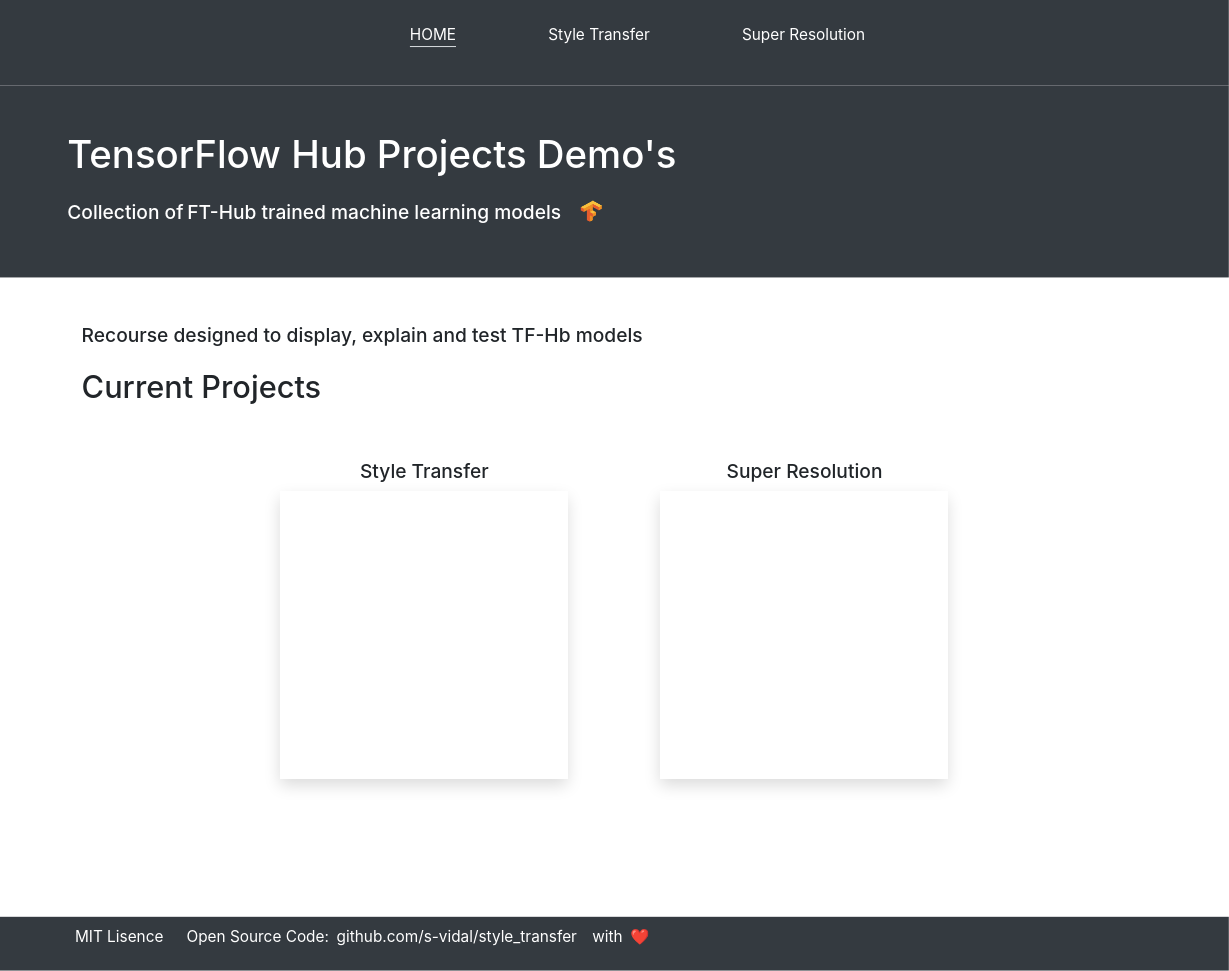
Repository: s-vidal/style_transfer
Page: / (app in client/)
An editor plug-in stored every save of this project. The page is shown before and after the next save, followed by the edit.
The browser window is 1280 px wide. The pictures show the whole page, at 96% of full size.
The page's requests for data from a server got no answer. The project was rebuilt for these pictures with package versions that can differ from the ones it lists, and the page was loaded fresh each time. A package was used in the major version that the imports need, not the one package.json lists. No one was signed in, and anything a server would have sent is missing. Also part of the build but not shown: client/src/components/DropZone.jsx, client/src/lib/api.js, client/src/components/Inference.jsx, client/src/components/Header.jsx, client/src/pages/StyleTransfer.jsx, client/src/pages/SuperResolution.jsx.

Above is the page before, as saved 2020-09-30 16:21:56.

After the next save:
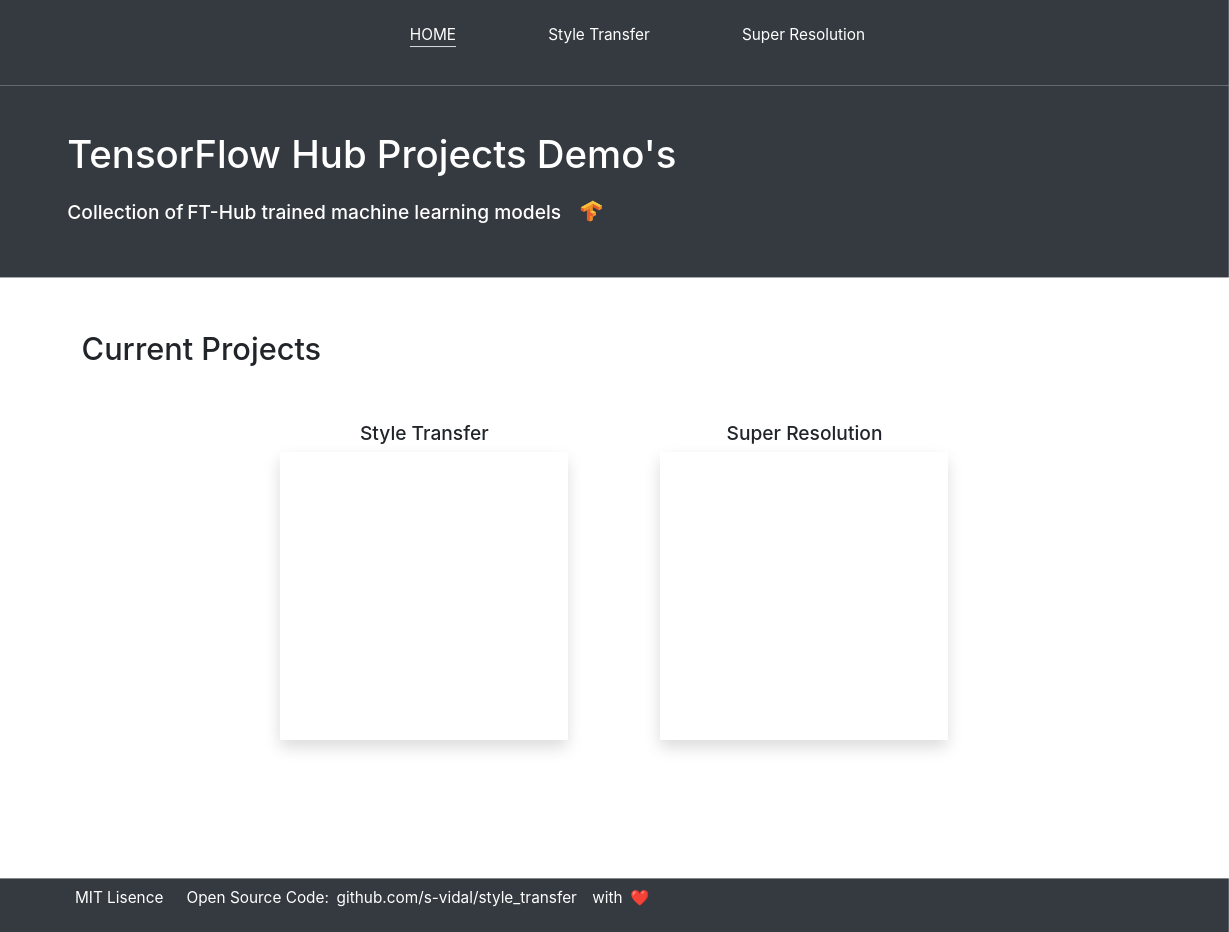
Saved 19 s later.
--- a/client/src/pages/HomePage.jsx
+++ b/client/src/pages/HomePage.jsx
@@ -29,7 +29,7 @@
       </div>
       <div className="vh-59 p-5 pb-0">
         <div className="container">
-          <h5 className="mb-4">Recourse designed to display, explain and test TF-Hb models</h5>
+          {/* <h5 className="mb-4">Recourse designed to display, explain and test TF-Hb models</h5> */}
           <div>
             <h2 className="mt-2">Current Projects</h2>
           </div>
